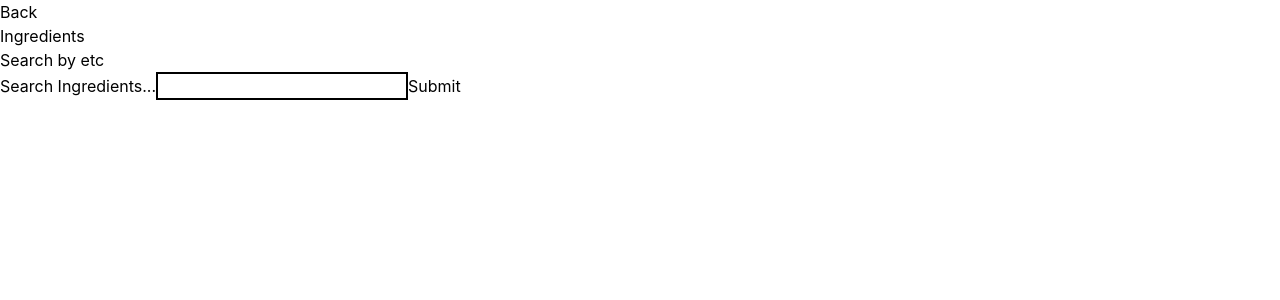
Repository: thais-chen/Meal
Page: /ingredients (app in meal-plan/)
These files come from the project's save history. The page is drawn as it stood at one moment and after the next save; the edit follows.
The browser window is 1280 px wide. The pictures show the whole page.
The project was rebuilt for these pictures with package versions that can differ from the ones it lists, and the page was loaded fresh each time. The framework's server and built-in components were replaced by stand-ins that run in the browser. Also part of the build but not shown: meal-plan/next.config.js.

Above is the page before, as saved 2022-08-10 18:29:23.

After the next save:
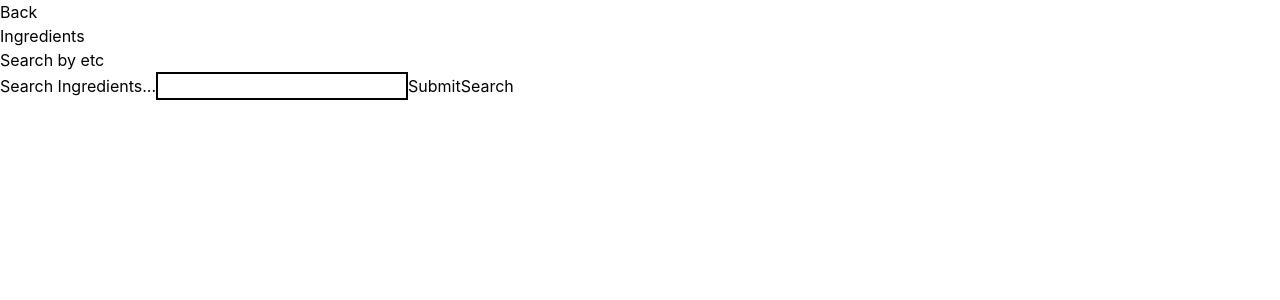
Saved 3 h 55 min later.
--- a/meal-plan/pages/ingredients.js
+++ b/meal-plan/pages/ingredients.js
@@ -13,18 +13,14 @@ export default function Ingredients() {
   }
 
   function getImgs() {
-    imgArr.map((item) => {
-      fetch(`https://www.themealdb.com/api/json/v1/1/search.php?s=${item}`)
-        .then((resp) => resp.json())
-        .then((data) => {
-          setheimg(data.meals);
-        });
-    });
+    fetch(`https://www.themealdb.com/api/json/v1/1/search.php?s=${item}`)
+      .then((resp) => resp.json())
+      .then((data) => {
+        setheimg(data.meals);
+      });
+  }
 
-    setImgArr((oldArray) => [...oldArray, form]);
-    console.log(imgArr);
-    console.log(theimg);
-  }
+  const thingsElements = imgArr.map((thing) => <p key={thing}>{thing}</p>);
 
   return (
     <>
@@ -34,9 +30,17 @@ export default function Ingredients() {
         label="Search Ingredients..."
         onChange={handleChange}
         value={form.value}
-        clicked={getImgs}
         imgsrc={theimg}
       />
+      <button
+        onClick={() => {
+          setImgArr((oldArray) => [...oldArray, form]);
+         }}
+      >
+        Search
+      </button>
+         {/* create img div */}
+       {thingsElements}
     </>
   );
 }
